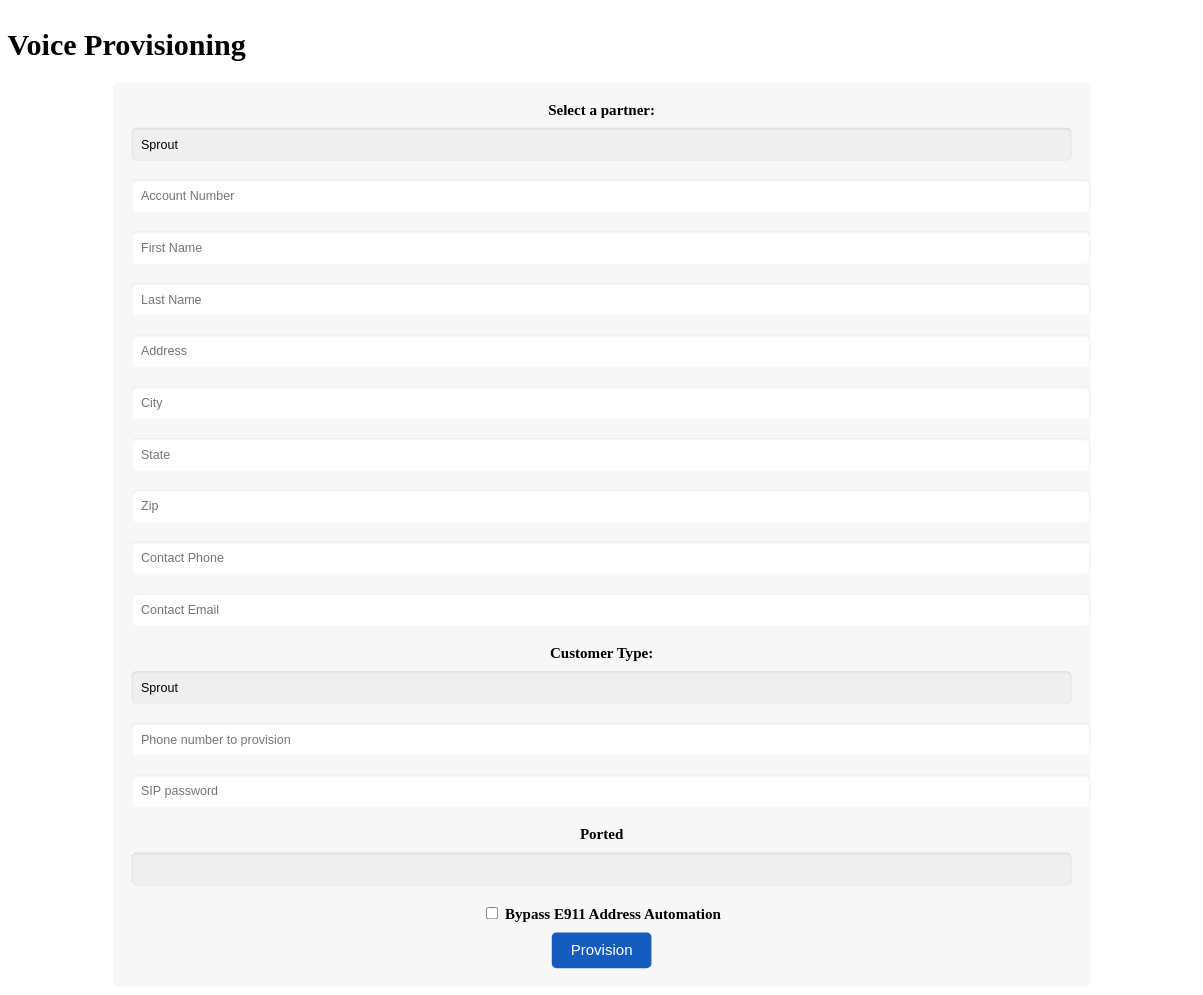
Repository: smallchungus/logiccom
Page: /
The author's editor kept a copy of each file at every save. The page is drawn from the files as they stood at one save, then again after the next save.
The browser window is 1280 px wide. The pictures show the whole page, at 94% of full size.
The project was rebuilt for these pictures with package versions that can differ from the ones it lists, and the page was loaded fresh each time. Also part of the build but not shown: vite.config.ts.

Above is the page before, as saved 2023-05-04 11:33:57.

### src/App.vue
<style src="./styles.css"></style>


<template>
<header>
  <h1>Voice Provisioning</h1>
</header>

<form>
      <div class="form-group">
        <label for="partner">Select a partner:</label>
        <select id="partner" name="partner">
          <option value="Sprout">Sprout</option>
          <option value="option2">Option 2</option>
        </select>
      </div>

      <div class="form-group">
        <input type="text" id="accountNum" name="accountNum" placeholder="Account Number">
      </div>

      <div class="form-group">
        <input type="text" id="firstName" name="firstName" placeholder="First Name">
      </div>

      <div class="form-group">
        <input type="text" id="lastName" name="lastName" placeholder="Last Name">
      </div>

      <div class="form-group">
        <input type="text" id="address" name="address" placeholder="Address">
      </div>

      <div class="form-group">
        <input type="text" id="city" name="city" placeholder="City">
      </div>

      <div class="form-group">
        <input type="text" id="state" name="state" placeholder="State">
      </div>

      <div class="form-group">
        <input type="text" id="zip" name="zip" placeholder="Zip">
      </div>

      <div class="form-group">
        <input type="text" id="contactPhone" name="contactPhone" placeholder="Contact Phone">
      </div>

      <div class="form-group">
        <input type="text" id="contactEmail" name="contactEmail" placeholder="Contact Email">
      </div>

      <div class="form-group">
        <label for="customerType">Customer Type:</label>
        <select id="customerType" name="customerType">
          <option value="Sprout">Sprout</option>
          <option value="option2">Option 2</option>
        </select>
      </div>

      <div class="form-group">
        <input type="text" id="phoneToProv" name="phoneToProv" placeholder="Phone number to provision">
      </div>

      <div class="form-group">
        <input type="password" id="sipPassword" name="sipPassword" placeholder="SIP password">
      </div>


    <label for="ported">Ported</label>
    <select id="ported" name="ported">
      <option value=""></option>
      <option value="option2">Option 2</option>
    </select>

    <label>
      <input type="checkbox" >
      Bypass E911 Address Automation
    </label>

    <button type="submit">Provision</button>
  </form>
</template>

### src/styles.css
header {
    text-align: center;
  }

body {
    text-align: center;
  }

  form {
    background-color: #f7f7f7;
    border-radius: 5px;
    padding: 20px;
    margin: 0 auto; /* set the left and right margin to "auto" to center the element horizontally */
    max-width: 1000px; /* set a maximum width to limit the width of the form */
  }

  label {
    display: block;
    font-weight: bold;
    margin-bottom: 10px;
  }

  input[type="text"],
  input[type="password"],
  select {
    width: 100%;
    padding: 10px;
    border: none;
    border-radius: 5px;
    margin-bottom: 20px;
    box-shadow: inset 0px 1px 3px rgba(0, 0, 0, 0.1);
  }

  select {
    appearance: none;
    background-position: calc(100% - 10px) center;
    background-size: 8px 8px;
  }

  button[type="submit"] {
    background-color: #165cbe;
    color: #fff;
    border: none;
    border-radius: 5px;
    padding: 10px 20px;
    font-size: 16px;
    cursor: pointer;
  }

@media (min-width: 1024px) {
  header {
    display: flex;
    place-items: center;
    padding-right: calc(var(--section-gap) / 2);
  }

  .logo {
    margin: 0 2rem 0 0;
  }

  header .wrapper {
    display: flex;
    place-items: flex-start;
    flex-wrap: wrap;
  }
}

Loaded but not shown: index.html (common file); src/main.ts (common file)

After the next save:
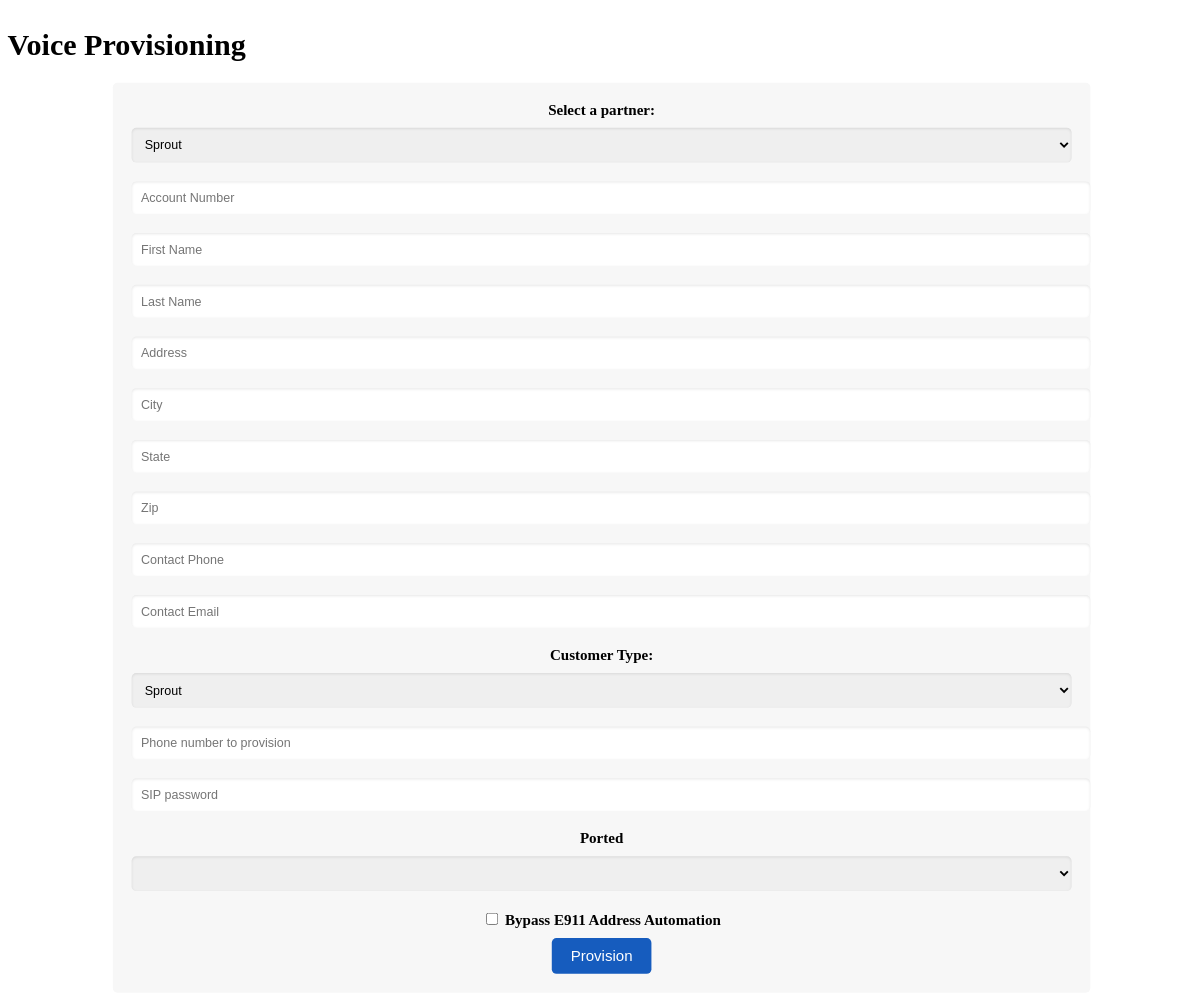
Saved 7 s later.
--- a/src/styles.css
+++ b/src/styles.css
@@ -31,12 +31,12 @@ body {
     box-shadow: inset 0px 1px 3px rgba(0, 0, 0, 0.1);
   }
 
-  select {
+  /* select {
     appearance: none;
     background-position: calc(100% - 10px) center;
     background-size: 8px 8px;
   }
-
+   */
   button[type="submit"] {
     background-color: #165cbe;
     color: #fff;
